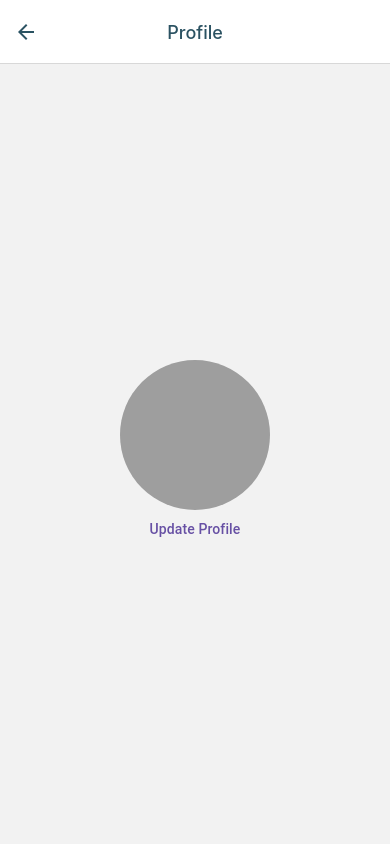
Repository: SaudCh/Expo-Pethub
Screen: /Profile
These files come from the project's save history. The screen is drawn as it stood at one moment and after the next save; the edit follows.
Pictures or frames that could not be fetched are drawn as grey boxes. The app was drawn by React Native's web renderer in a window 390 px wide. The project was rebuilt for these pictures with package versions that can differ from the ones it lists, and the page was loaded fresh each time. Also part of the build but not shown: Screens/Signup.js, Screens/Home.js, Screens/UpdateProfile.js, Components/Avatar.js.

Above is the screen before, as saved 2022-11-15 00:18:55.

After the next save:
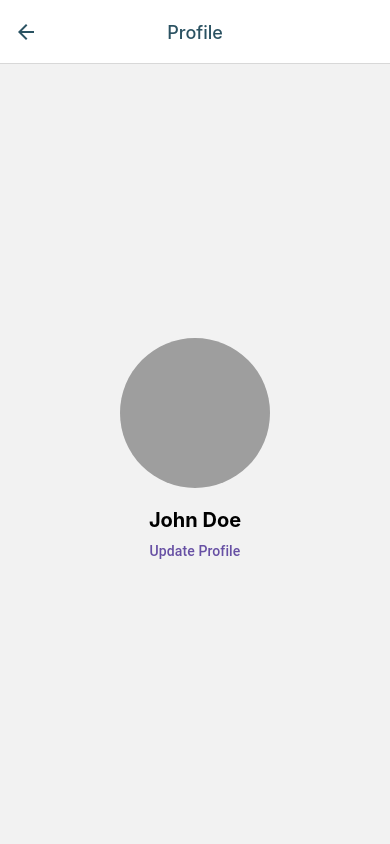
Saved 30 s later.
--- a/Screens/Profile.js
+++ b/Screens/Profile.js
@@ -13,6 +13,10 @@ export default function Profile() {
                     }}
                 />
             </View>
+            <View style={{ alignSelf: 'center', marginTop: 20 }}>
+                <Text style={{ fontSize: 20, fontWeight: 'bold' }}>John Doe</Text>
+            </View>
+
 
             <Button>
                 Update Profile
